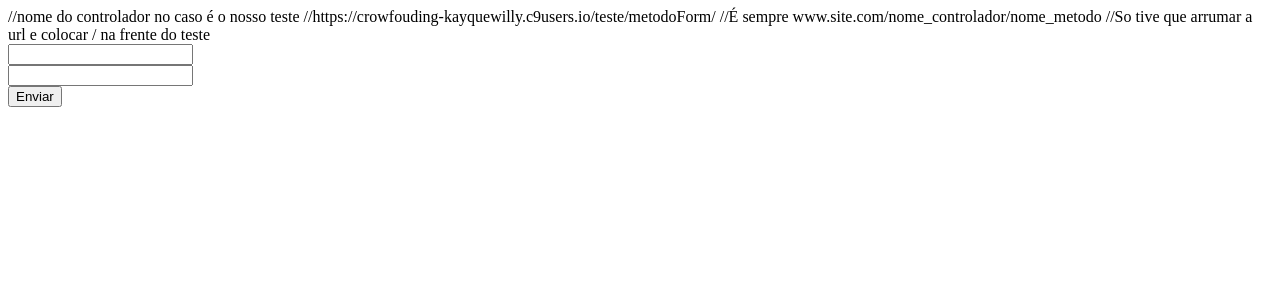
Repository: kayque-willy/COM212-crowdfunding
Page: http://localhost/database/application/views/form.php
The author's editor kept a record of every edit. The page is drawn from the files as they stood at one moment, then again after the next edit.
The browser window is 1280 px wide. The pictures show the whole page.
The page is run by PHP 8.4 with error messages shown; the project is at /var/www/html/.

Above is the page before.

After the next edit:
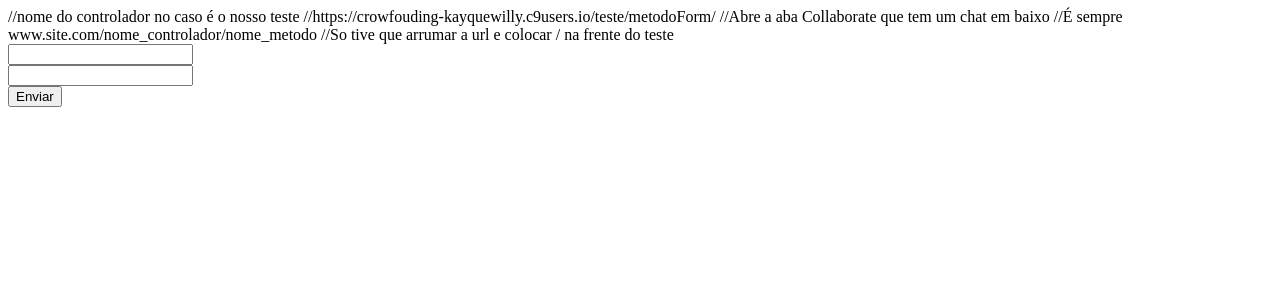
The edit:
--- a/application/views/form.php
+++ b/application/views/form.php
@@ -4,6 +4,8 @@
     <body>
         //nome do controlador no caso é o nosso teste
         //https://crowfouding-kayquewilly.c9users.io/teste/metodoForm/
+
+        //Abre a aba Collaborate que tem um chat em baixo
 
         //É sempre www.site.com/nome_controlador/nome_metodo
 
